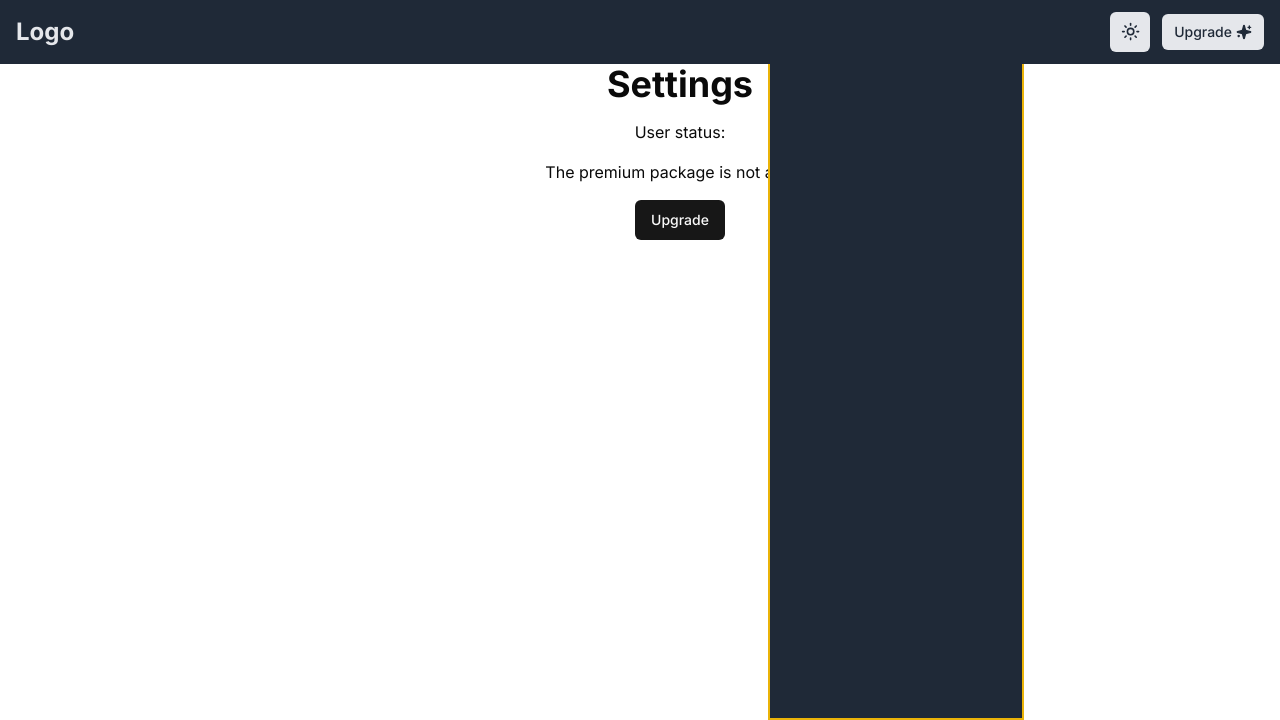
Repository: michalmilek/AI-companion-bot
Page: /settings
An editor plug-in stored every save of this project. The page is shown before and after the next save, followed by the edit.
The browser window is 1280 px wide. The pictures show the whole page.
The page's requests for data from a server got no answer. The project was rebuilt for these pictures with package versions that can differ from the ones it lists, and the page was loaded fresh each time. Some packages were replaced by stand-ins written for this rebuild. The framework's server and built-in components were replaced by stand-ins that run in the browser. No one was signed in, and anything a server would have sent is missing. Also part of the build but not shown: next.config.js. Imported but missing from the stored project, and not drawn on this page: lib/prismadb.

Above is the page before, as saved 2023-10-10 15:25:55.

After the next save:
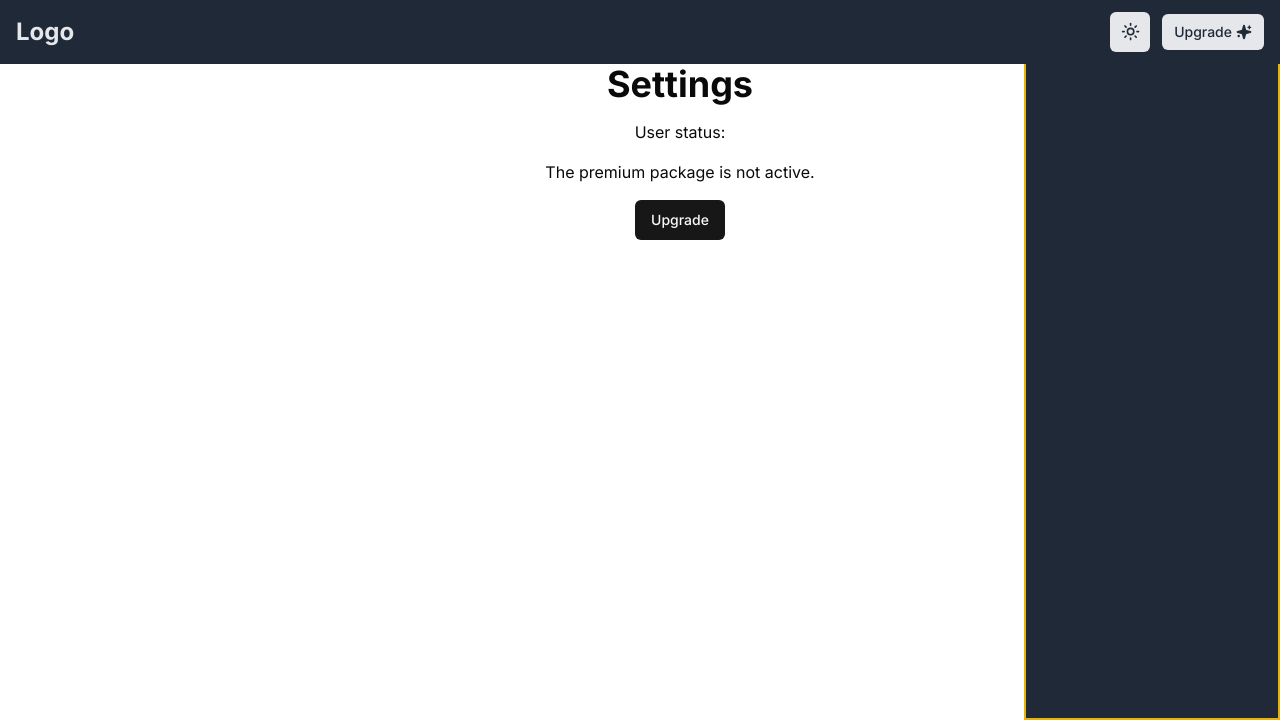
Saved 89 s later.
--- a/components/MobileSidebar.tsx
+++ b/components/MobileSidebar.tsx
@@ -23,7 +23,7 @@ const MobileSidebar = () => {
         theme as Theme
       )}`}
       initial={{ x: "-100%" }}
-      animate={{ x: isOpen ? "0%" : "-100%" }}
+      animate={{ x: 0 }}
       transition={{ type: "tween", duration: 0.3 }}>
       <ul>test</ul>
     </motion.aside>
